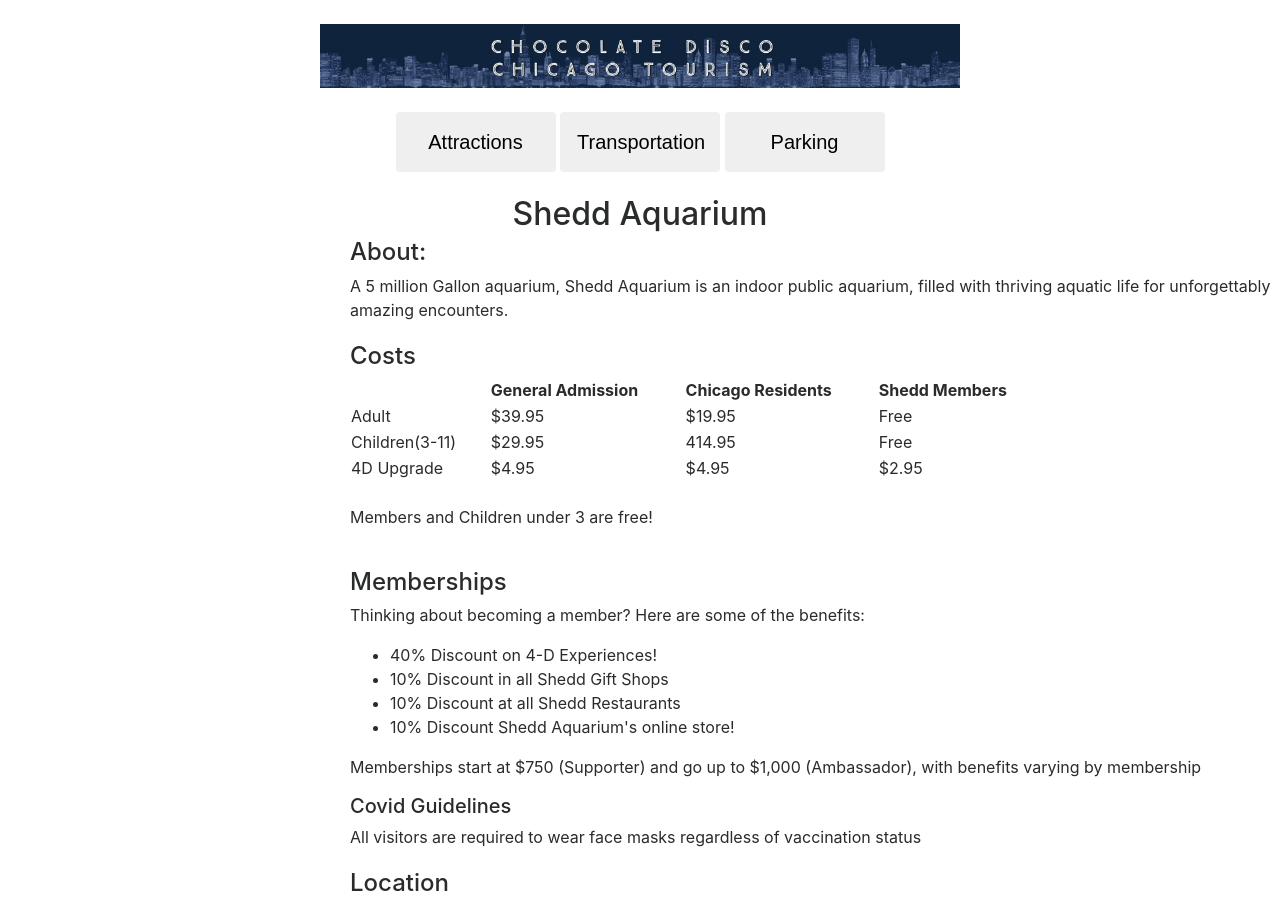
Repository: rkodit2/cs422project
Page: sheddAquarium.html
The author's editor kept a copy of each file at every save. The page is drawn from the files as they stood at one save, then again after the next save.
The browser window is 1280 px wide. The pictures show the part of the page from y = 0 to 905 px (the page is 1405 px tall before and 1415 px after).
Pictures or frames that could not be fetched are drawn as grey boxes.

Above is the page before, as saved 2021-11-03 19:51:27.

### sheddAquarium.html
<!DOCTYPE html>
<html>
<head>
    <title>Chocolate Disco Chicago Tourism</title>
    <link rel="stylesheet" href=
    "https://maxcdn.bootstrapcdn.com/bootstrap/4.0.0-alpha.6/css/bootstrap.css">
    <link rel="stylesheet" href="homepage.css">
</head>
<body>
    <br>
    <div id="banner">
      <img src="pictures/banner3.jpg" alt="mainpage banner" class = "center" onclick="location.href='homepage.html';">
    </div>

    <br>
    <div class= "button-center">
        <button type ="button" id="Attractions" class="btn" onclick="location.href='attractions.html';" style="width: 160px; height: 60px; font-size: 20px;"> Attractions </button>
        <button type ="button" id="Transportation" class="btn" onclick="location.href='transportation.html';" style="width: 160px; height: 60px; font-size: 20px"> Transportation </button>
        <button type ="button" id="Parking" class="btn" onclick="location.href='parking.html';" style="width: 160px; height: 60px; font-size: 20px;"> Parking </button>
    </div>
    <br>
    <h2 style="text-align: center;"> Shedd Aquarium </h2>
    <div style = "padding-left: 350px; padding-bottom: 50px;">
        <h4>About:</h4>
        <p style="padding-bottom: 5px;">A 5 million Gallon aquarium, Shedd Aquarium is an indoor public aquarium,
            filled with thriving aquatic life for unforgettably amazing encounters.</p>


        <h4>Costs</h4>

        <table style="width: 75%;">
            <tr>
              <th> </th>
              <th>General Admission</th>
              <th>Chicago Residents</th>
              <th>Shedd Members</th>
            </tr>
            <tr>
              <td>Adult</td>
              <td>$39.95 </td>
              <td>$19.95</td>
              <td>Free</td>
            </tr>
            <tr>
              <td>Children(3-11)</td>
              <td>$29.95</td>
              <td>414.95</td>
              <td>Free</td>
            </tr>
            <tr>
                <td>4D Upgrade</td>
                <td>$4.95</td>
                <td>$4.95</td>
                <td>$2.95</td>
              </tr>
          </table><br>

          <p>Members and Children under 3 are free!
        </p><br>

        <h4>Memberships</h5>
        <p style="padding-bottom: -10px;">Thinking about becoming a member? Here are some of the benefits: </p>
        <ul>
            <li>40% Discount on 4-D Experiences!</li>
            <li>10% Discount in all Shedd Gift Shops</li>
            <li>10% Discount at all Shedd Restaurants</li>
            <li>10% Discount Shedd Aquarium's online store!</li>
        </ul>
        <p> Memberships start at $750 (Supporter) and go up to $1,000 (Ambassador), with benefits varying by membership </p>

        <h5>Covid Guidelines</h4>
        <p style="padding-bottom: 5px;">All visitors are required to wear face masks regardless of vaccination status</p>



        <h4>Location</h4>
        <div class="gmap">
            <iframe src="https://www.google.com/maps/embed?pb=!1m18!1m12!1m3!1d20710.383687143636!2d-87.62450009179427!3d41.87211291519135!2m3!1f0!2f0!3f0!3m2!1i1024!2i768!4f13.1!3m3!1m2!1s0x880e2b635fb775f9%3A0x32059de3df50fbdf!2sShedd%20Aquarium!5e0!3m2!1sen!2sus!4v1635986667454!5m2!1sen!2sus" width="600" height="450" style="border:0;" allowfullscreen="" loading="lazy"></iframe>
            <p style="padding-left: 20px; padding-top: 150px; font-size: 20px;">
                1200 S Lake Shore Dr
                <br>
                Chicago, IL 60605
               <br>
               <br>
               <a href="https://www.sheddaquarium.org/" target="_blank">Shedd Aquarium Main Website</a>
            </p>

        </div>
    </div>

</body>
</html>

### homepage.css
.button-center {
    text-align: center;
  }

.viewMore {
    display: flex;
    vertical-align: middle;
}
.center {
  display: block;
  margin-left: auto;
  margin-right: auto;
  width: 50%;
}
.gmap{
  display: flex;
  vertical-align: middle;
}

After the next save:
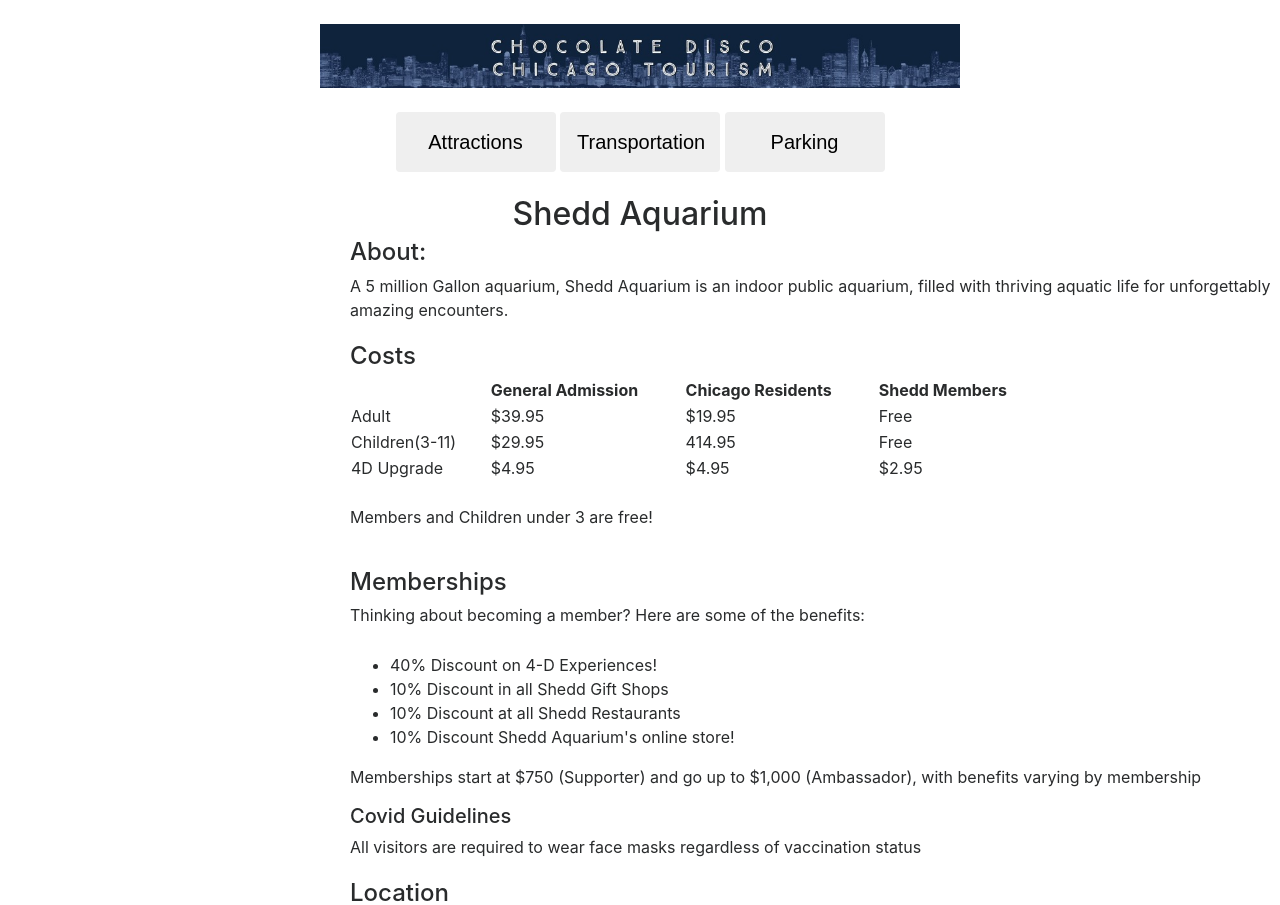
Saved 14 s later.
--- a/sheddAquarium.html
+++ b/sheddAquarium.html
@@ -59,7 +59,7 @@
         </p><br>
 
         <h4>Memberships</h5>
-        <p style="padding-bottom: -10px;">Thinking about becoming a member? Here are some of the benefits: </p>
+        <p style="padding-bottom: 10px;">Thinking about becoming a member? Here are some of the benefits: </p>
         <ul>
             <li>40% Discount on 4-D Experiences!</li>
             <li>10% Discount in all Shedd Gift Shops</li>

After the 2 saves that followed:
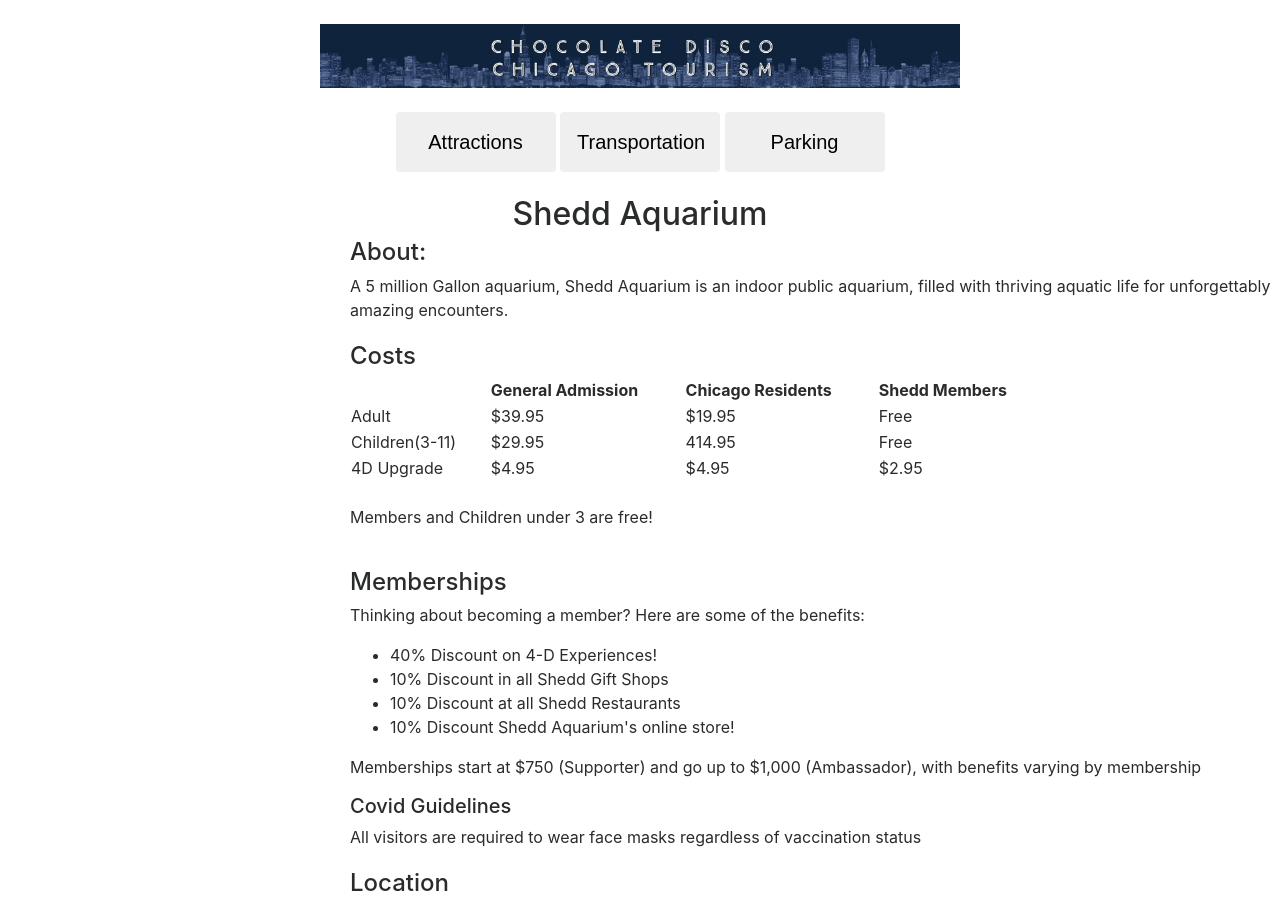
The 2 saves are shown as one change because they came seconds apart.
The last was saved 9 s later.
--- a/sheddAquarium.html
+++ b/sheddAquarium.html
@@ -59,7 +59,7 @@
         </p><br>
 
         <h4>Memberships</h5>
-        <p style="padding-bottom: 10px;">Thinking about becoming a member? Here are some of the benefits: </p>
+        <p>Thinking about becoming a member? Here are some of the benefits: </p>
         <ul>
             <li>40% Discount on 4-D Experiences!</li>
             <li>10% Discount in all Shedd Gift Shops</li>
